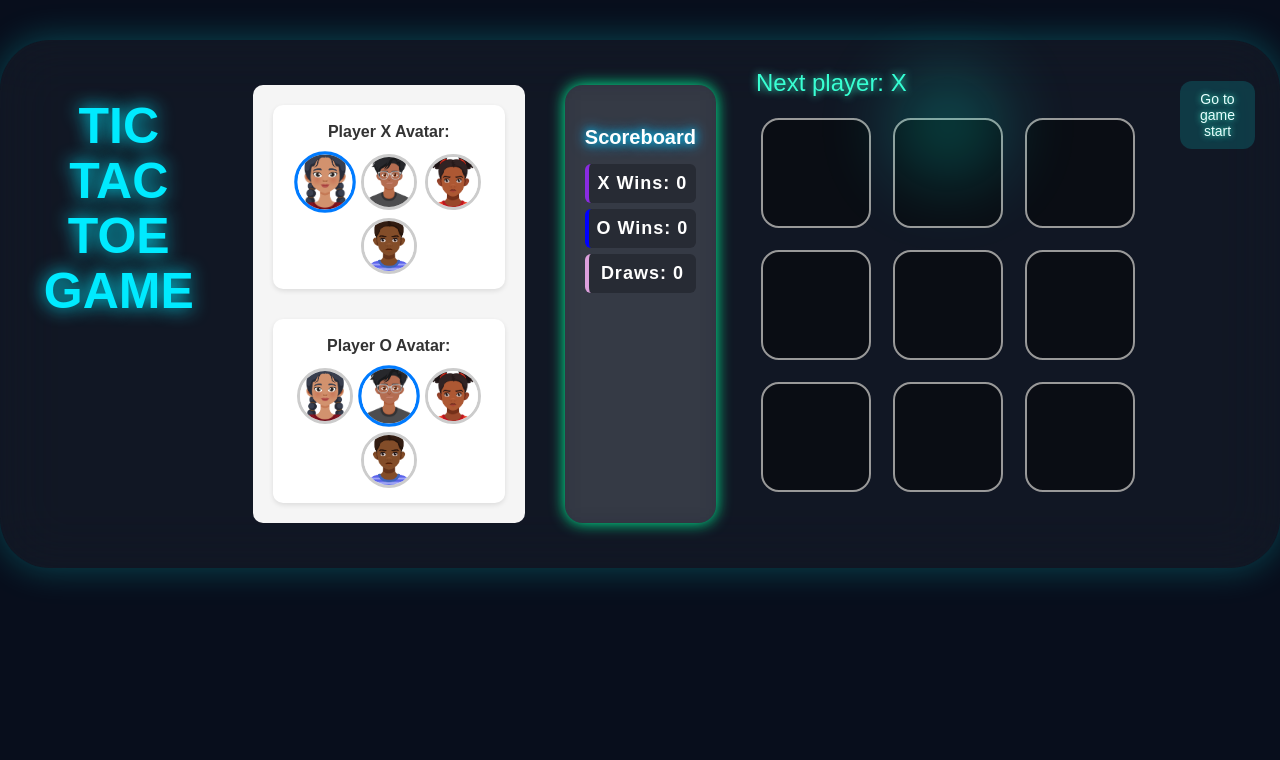
Repository: sofia123776/TIC-TAC-TOE
Page: /
The author's editor kept a copy of each file at every save. The page is drawn from the files as they stood at one save, then again after the next save.
The browser window is 1280 px wide. The pictures show the whole page.
The project was rebuilt for these pictures with package versions that can differ from the ones it lists, and the page was loaded fresh each time. Also part of the build but not shown: vite.config.js.

Above is the page before, as saved 2025-12-01 11:07:47.

### src/index.css
:root {
  font-family: system-ui, Avenir, Helvetica, Arial, sans-serif;
  line-height: 1.5;
  font-weight: 400;

  color-scheme: light dark;
  color: rgba(255, 255, 255, 0.87);
  background-color: whitesmoke;

  font-synthesis: none;
  text-rendering: optimizeLegibility;
  -webkit-font-smoothing: antialiased;
  -moz-osx-font-smoothing: grayscale;
}

a {
  font-weight: 500;
  color: #646cff;
  text-decoration: inherit;
}
a:hover {
  color: #535bf2;
}

body {
  margin: 0;
  display: flex;
  place-items: center;
  min-width: 320px;
  min-height: 100vh;
}

h1 {
  font-size: 3.2em;
  line-height: 1.1;
}

button {
  border-radius: 1px;
  border:8px  solid transparent;
  padding: 0.6em 1.2em;
  font-size: 1em;
  font-weight: 500;
  font-family: inherit;
  background-color: #1a1a1a;
  cursor: pointer;
  transition: border-color 0.25s;
}
button:hover {
  border-color: #646cff;
}
button:focus,
button:focus-visible {
  outline: 4px auto -webkit-focus-ring-color;
}

@media (prefers-color-scheme: light) {
  :root {
    color: #213547;
    background-color: #ffffff;
  }
  a:hover {
    color: #747bff;
  }
  button {
    background-color: #f9f9f9;
  }
}

### src/App.jsx
import { useState } from 'react'
import reactLogo from './assets/react.svg'
import viteLogo from '/vite.svg'
import './App.css'

function Square({value, onSquareClick, highlight, avatars}){



  return(
   <button
      className={`square ${highlight ? "highlight" : ""}`}
      onClick={onSquareClick}
    >
      {value && (
        <img
          src={avatars[value]}
          alt={value}
          className="avatar-img"
        />
      )}
    </button>
  );

}

function Board({xIsNext, squares, onPlay, avatars}) {



  function Handleclick(i){

    if ( Calculatewinner(squares) || squares[i]) {
    return;

  }
    ClickSound.play();
    const nextSquares = squares.slice()
    if (xIsNext){
    nextSquares[i] = "X"
    }else{
      nextSquares[i] = "O"
    }
    onPlay(nextSquares);
  }
    const winner = Calculatewinner(squares);
    const winningLine = Calculatewinner(squares, true);
    const ClickSound = new Audio("/sounds/click.mp3.wav");
    const WinSound = new Audio("/sounds/win.mp3.wav");



  let status;
  if (winner) {
    status = "Winner: " + winner;
    WinSound.play();
  } else {
    status = "Next player: " + (xIsNext ? "X" : "O");
  }

  return (
    <>

    <div className={`status ${winner ? "winner" : ""}`}>{status}</div>
  <div className='board-row'>
  <Square value = {squares[0]} onSquareClick={() =>Handleclick(0)} highlight={winningLine?.includes(0)} avatars={avatars}/>
  <Square value = {squares[1]} onSquareClick={() =>Handleclick(1)} highlight={winningLine?.includes(1)} avatars={avatars}/>
  <Square value = {squares[2]} onSquareClick={() =>Handleclick(2)} highlight={winningLine?.includes(2)} avatars={avatars}/>

  </div>

  <div className='board-row'>
  <Square value = {squares[3]} onSquareClick={() =>Handleclick(3)} highlight={winningLine?.includes(3)} avatars={avatars}/>
  <Square value = {squares[4]} onSquareClick={() =>Handleclick(4)} highlight={winningLine?.includes(4)} avatars={avatars}/>
  <Square value = {squares[5]} onSquareClick={() =>Handleclick(5)} highlight={winningLine?.includes(5)} avatars={avatars}/>

  </div>
  <div className='board-row'>
  <Square value = {squares[6]} onSquareClick={() =>Handleclick(6)} highlight={winningLine?.includes(6)} avatars={avatars}/>
  <Square value = {squares[7]} onSquareClick={() =>Handleclick(7)} highlight={winningLine?.includes(7)} avatars={avatars}/>
  <Square value = {squares[8]} onSquareClick={() =>Handleclick(8)} highlight={winningLine?.includes(8)} avatars={avatars}/>

  </div>

  </>
  );
}

export default function Game() {
  const [history, setHistory] = useState([Array(9).fill(null)]);
  const [currentMove, setCurrentMove] = useState(0);

  const xIsNext = currentMove % 2 === 0;
  const currentSquares = history[currentMove];

  // 🟦 Scoreboard State (X wins, O wins, Draws)
  const [score, setScore] = useState({
    X: 0,
    O: 0,
    Draws: 0
  });
  const [winnerPopup, setWinnerPopup] = useState(null);
  const [avatars, setAvatars] = useState({
  X: "/avatars/braidedwoman.jpg",
  O: "/avatars/manwithglasses.jpg"
});


  function handlePlay(nextSquares) {
    // If game already ended, stop moves
    if (Calculatewinner(currentSquares)) {
      return;
    }

    const nextHistory = [
      ...history.slice(0, currentMove + 1),
      nextSquares,
    ];

    setHistory(nextHistory);
    setCurrentMove(nextHistory.length - 1);

    // Check winner *after* move
    const winner = Calculatewinner(nextSquares);

    if (winner) {
      setWinnerPopup(winner);
      // Update score for winner (X or O)
      setScore(prev => ({
        ...prev,
        [winner]: prev[winner] + 1
      }));
    } else if (!nextSquares.includes(null)) {
      // Draw (no empty squares)
      setScore(prev => ({
        ...prev,
        Draws: prev.Draws + 1
      }));
    }
  }

  function jumpTo(nextMove) {
    setCurrentMove(nextMove);
  }

  // Time travel move list
  const moves = history.map((squares, move) => {
    let description = move > 0 ? "Go to move #" + move : "Go to game start";
    return (
      <li key={move}>
        <button onClick={() => jumpTo(move)}>{description}</button>
      </li>
    );
  });

  return (
    <div className="game">
      <h1>TIC TAC TOE GAME</h1>

    {/* 🟦 ADD AVATAR SELECTION */}
      <div className="avatar-selection">
        <AvatarSelector
          player="X"
          currentAvatar={avatars.X}
          onAvatarChange={(avatar) => setAvatars(prev => ({...prev, X: avatar}))}
        />
        <AvatarSelector
          player="O"
          currentAvatar={avatars.O}
          onAvatarChange={(avatar) => setAvatars(prev => ({...prev, O: avatar}))}
        />
      </div>

      {/* 🟦 Scoreboard */}
      <div className="scoreboard">
        <h2>Scoreboard</h2>
        <p>X Wins: {score.X}</p>
        <p>O Wins: {score.O}</p>
        <p>Draws: {score.Draws}</p>
      </div>


      <div className={`game-board ${Calculatewinner(currentSquares) ? "winner" : ""}`}>
        <Board
          xIsNext={xIsNext}
          squares={currentSquares}
          onPlay={handlePlay}
          avatars={avatars}
        />
      </div>

      <div className="game-info">
        <ol>{moves}</ol>
      </div>
      <GameOverPopup
  winner={winnerPopup}
  onRestart={() => {
    setHistory([Array(9).fill(null)]);
    setCurrentMove(0);
    setWinnerPopup(null);
  }}
/>

    </div>

  );

}

function GameOverPopup({ winner, onRestart }) {
  if (!winner) return null;

  return (
    <div className="game-over-overlay">
      <div className="game-over-box">
        <h2>{winner === "Draw" ? "It's a Draw!" : `${winner} Wins!`}</h2>
        <button onClick={onRestart}>Play Again</button>
      </div>
    </div>
  );
}





function Calculatewinner(squares, returnLine = false){
  const lines = [
  [0, 1, 2],
  [3, 4, 5],
  [6, 7, 8],
  [0, 3, 6],
  [1, 4, 7],
  [2, 5, 8],
  [0, 4, 8],
  [2, 4, 6],

  ];

  for (let line of lines) {
    const [a,b,c] = line;
    if (squares[a] && squares[a] === squares[b] && squares[a] === squares[c]) {
      return returnLine ? line : squares[a];
    }
  }
  return returnLine ? null : null;
}

function AvatarSelector({ player, currentAvatar, onAvatarChange }) {
  const presetAvatars = [
     "/avatars/braidedwoman.jpg",
    "/avatars/manwithglasses.jpg",
    "/avatars/child.jpg",
    "/avatars/youngdark.jpg"
  ];

  return (
    <div className="avatar-selector">
      <label>Player {player} Avatar:</label>
      <div className="avatar-options">
        {presetAvatars.map((avatar, index) => (
          <div
            key={index}
            className={`avatar-option ${currentAvatar === avatar ? 'selected' : ''}`}
            onClick={() => onAvatarChange(avatar)}
          >
            <img src={avatar} alt={`Avatar ${index + 1}`} />
          </div>
        ))}
      </div>
    </div>
  );
}

### src/App.css
/* Full background */
body {
  background: #080e1c;
  margin: 0;
  font-family: "Poppins", sans-serif;
  color: #e8faff;
  display: flex;
  justify-content: center;
  align-items: flex-start;
  padding-top: 40px;
}

/* Game Title */
h1 {
  text-align: center;
  font-size: 50px;
  font-weight: 700;
  margin-bottom: 25px;
  text-shadow: 0 0 18px #00eaff;
  color: #00eaff;
}

/* Outer game container */
.game {
  display: flex;
  gap: 40px;
  padding: 25px;
  border-radius: 50px;
  background: rgba(255,255,255,0.04);
  box-shadow: 0 0 35px rgba(0, 255, 255, 0.25);
  backdrop-filter: blur(30px);
}

/* Board container */
.game-board {
  display: flex;
  flex-direction: column;
}

/* Status text */
.status {
  font-size: 22px;
  margin-bottom: 12px;
  color: #39ffd3;
  text-shadow: 0 0 8px #39ffd3;
}

/* Board row layout */
.board-row {
  display: flex;
  gap: 12px;
  margin-bottom: 12px;
}

/* Square button */
.square {
  width: 110px !important;
  height: 110px !important;
  margin: 5px;
  font-size: 42px !important;
  font-weight: bold;
  color: #00eaff;
  background-color: rgba(0, 0, 0, 0.45);
  border: 5px solid rgba(0, 255, 255, 0.2);
  border-radius: 18px;
  display: flex;
  align-items: center;
  justify-content: center;
  cursor: pointer;
  transition: 0.25s ease-in-out, transform 0.15s;
  text-shadow: 0 0 12px #00eaff;
}

.square:hover {
  transform: scale(1.07);
  background: rgba(0, 255, 255, 0.15);
  box-shadow: 0 0 18px #00eaff;
}

/* X and O color override */
.square:contains("X"), .square.X {
  color: #ff3c89;
  text-shadow: 0 0 12px #ff3c89;
}


.square:contains("O"), .square.O {
  color: #3cfffb;
  text-shadow: 0 0 12px #3cfffb;
}

/* Moves list */
.game-info ol {
  list-style: none;
  padding: 0;
}

.game-info button {
  padding: 10px 20px;
  border-radius: 12px;
  margin-bottom: 10px;
  border: none;
  cursor: pointer;
  background: rgba(0, 255, 255, 0.15);
  color: #e8ffff;
  font-size: 14px;
  text-shadow: 0 0 6px #39ffd3;
  transition: 0.2s ease;
}

.game-info button:hover {
  background: #39ffd3;
  color: #001010;
  box-shadow: 0 0 18px #39ffd3;
  transform: scale(1.05);
}

.highlight {
  animation: winPulse 1s infinite ease-in-out;
  background: rgba(0, 255, 150, 0.25) !important;
  box-shadow: 0 0 25px #00ffb3;
  border: 2px solid #00ff9d !important;
}

@keyframes winPulse {
  0% {
    transform: scale(1);
    box-shadow: 0 0 12px #00ffb3;
  }
  50% {
    transform: scale(1.12);
    box-shadow: 0 0 12px #00ffb3;
  }
  100% {
    transform: scale(1);
    box-shadow: 0 0 12px #00ffb3;
  }
}

.status {
  position: relative;
  z-index: 2;
  font-size: 1.5rem;

}

.status.winner {
  animation: glowWinner 1.5s infinite ease-in-out;
  color: #00ffea;
  text-shadow: 0 0 22px #00ffea;

}

@keyframes glowWinner {
  0% { text-shadow: 0 0 10px #00ffe0; }
  50% { text-shadow: 0 0 30px #00ffe0; }
  100% { text-shadow: 0 0 10px #00ffe0; }
}

/* firework particles */
.status::after {
  content: "";
  position: absolute;
  top: -20px;
  left: 50%;
  transform: translateX(-50%);
  width: 160px;
  height: 160px;
  background: radial-gradient(circle, #00ffe0 0%, transparent 60%);
  opacity: 0.3;
  filter: blur(30px);
  animation: fireworks 1.5s infinite ease-in-out;
}

@keyframes fireworks {
  0% {
    transform: translateX(-50%) scale(0.7);
    opacity: 0.1;
  }
  50% {
    transform: translateX(-50%) scale(1.3);
    opacity: 0.4;
  }
  100% {
    transform: translateX(-50%) scale(0.7);
    opacity: 0.1;
  }
}

.game-board.winner {
  border: 3px solid rgba(0,255,200,0.6);
  box-shadow: 0 0 35px rgba(0,255,200,0.8);
  padding: 12px;
  border-radius: 14px;
  animation: boardGlow 1.6s infinite ease-in-out;
}

@keyframes boardGlow {
  0% { box-shadow: 0 0 10px #00ffd5; }
  50% { box-shadow: 0 0 30px #00ffd5; }
  100% { box-shadow: 0 0 10px #00ffd5; }
}

/* Scoreboard Container */
.scoreboard {
  background: rgba(255, 255, 255, 0.12);
  backdrop-filter: blur(10px);
  padding: 20px;
  border-radius: 18px;
  width: 220px;
  margin: 20px auto;
  text-align: center;
  box-shadow: 0 0 15px rgb(0, 252, 155);
  transition: 0.3s ease;
}

/* Hover glow */
.scoreboard:hover {
  transform: scale(1.03);
  box-shadow: 0 0 25px rgba(255, 255, 255, 0.25);
}

/* Scoreboard Title */
.scoreboard h2 {
  margin-bottom: 12px;
  font-size: 20px;
  color: #ffffff;
  text-shadow: 0 0 8px #00d0ff, 0 0 15px #00aaff;
}

/* Score lines */
.scoreboard p {
  font-size: 18px;
  margin: 6px 0;
  padding: 6px 0;
  border-radius: 6px;
  background: rgba(0, 0, 0, 0.25);
  color: #fff;
  font-weight: bold;
  letter-spacing: 1px;
}

/* Colors for X, O, Draws */
.scoreboard p:nth-child(2) {
  border-left: 4px solid blueviolet;   /* X color */
}

.scoreboard p:nth-child(3) {
  border-left: 4px solid blue;   /* O color */
}

.scoreboard p:nth-child(4) {
  border-left: 4px solid plum;   /* Draws color */
}

.game-over-overlay {
  position: fixed;
  top: 0;
  left: 0;
  right: 0;
  bottom: 0;
  background: rgba(0,0,0,0.6);
  display: flex;
  align-items: center;
  justify-content: center;
  animation: fadeIn 0.3s ease;
  z-index: 1000;
}

.game-over-box {
  background: black;
  padding: 30px;
  border-radius: 20px;
  text-align: center;
  width: 280px;
  animation: pop 0.3s ease;
  box-shadow: 0 0 20px rgba(255,255,255,0.7);
}

.game-over-box h2 {
  margin-bottom: 15px;
  font-size: 24px;
  background-color: white;
  color: black;

}

.game-over-box button {
  background: grey;
  color: white;
  padding: 12px 20px;
  border: none;
  border-radius: 12px;
  cursor: pointer;
  font-size: 16px;
  transition: 0.2s;
}

.game-over-box button:hover {
  transform: scale(1.05);
  background: darkgray;
}

@keyframes pop {
  0% { transform: scale(0.7); opacity: 0; }
  100% { transform: scale(1); opacity: 1; }
}

/* Avatar Styles */
.avatar-selection {
  display: flex;
  gap: 30px;
  justify-content: center;
  margin: 20px 0;
  padding: 20px;
  background: #f5f5f5;
  border-radius: 10px;
  flex-wrap: wrap;
}

.avatar-selector {
  text-align: center;
  padding: 15px;
  background: white;
  border-radius: 10px;
  box-shadow: 0 2px 5px rgba(0,0,0,0.1);
}

.avatar-selector label {
  display: block;
  margin-bottom: 10px;
  font-weight: bold;
  color: #333;
}

.avatar-options {
  display: flex;
  gap: 8px;
  margin-top: 10px;
  flex-wrap: wrap;
  justify-content: center;
}

.avatar-option {
  width: 50px;
  height: 50px;
  border: 3px solid #ccc;
  border-radius: 50%;
  cursor: pointer;
  transition: all 0.2s;
  overflow: hidden;
}

.avatar-option:hover {
  transform: scale(1.05);
}

.avatar-option.selected {
  border-color: #007bff;
  transform: scale(1.1);
}

.avatar-option img {
  width: 100%;
  height: 100%;
  object-fit: cover;
}

.avatar-img {
  width: 40px;
  height: 40px;
  border-radius: 50%;
  object-fit: cover;
}

.square {
  width: 60px;
  height: 60px;
  display: flex;
  align-items: center;
  justify-content: center;
  border: 2px solid #999;
}

Loaded but not shown: index.html (common file); src/main.jsx (common file)

After the next save:
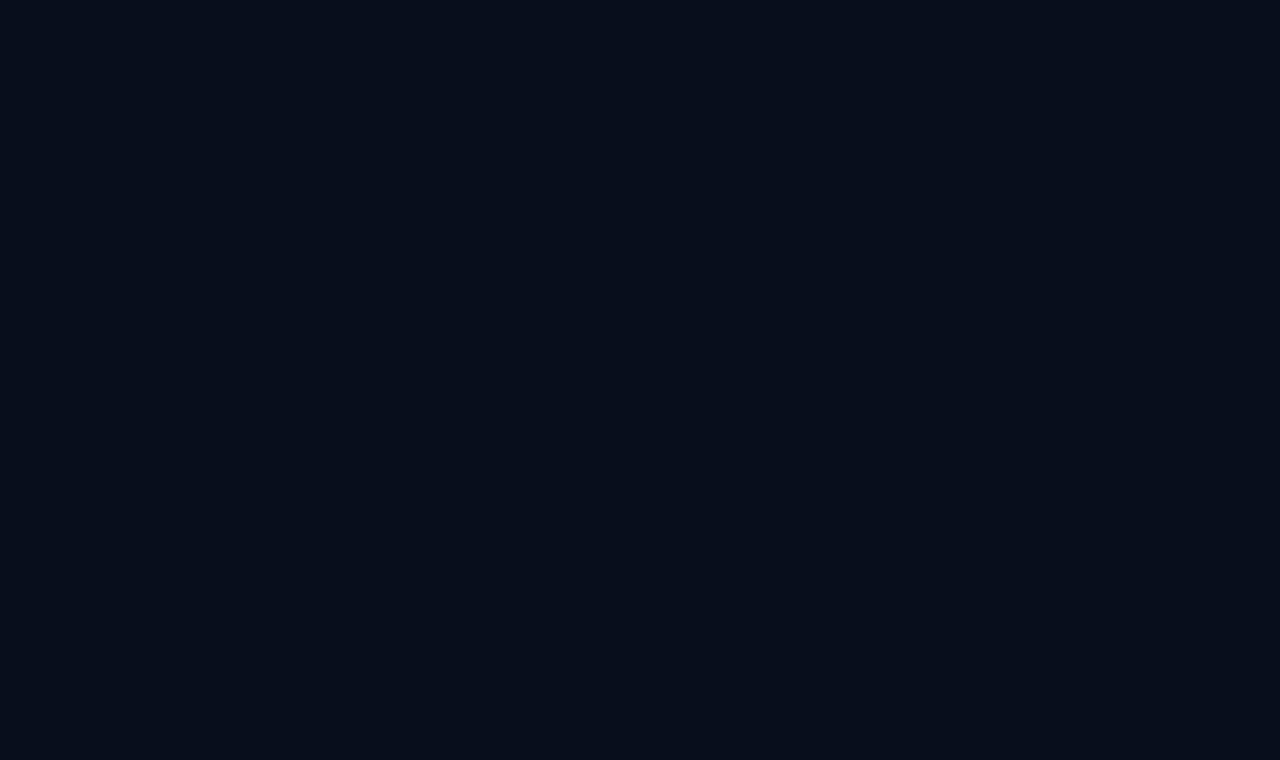
Console error: ReferenceError: useEffect is not defined
Saved 3 min 55 s later.
--- a/src/App.jsx
+++ b/src/App.jsx
@@ -87,6 +87,35 @@
 }
 
 export default function Game() {
+  const [timeLeft, setTimeLeft] = useState(30); // 30 seconds per move
+const [timerActive, setTimerActive] = useState(true);
+
+useEffect(() => {
+  if (!timerActive || Calculatewinner(currentSquares)) return;
+
+  const timer = setInterval(() => {
+    setTimeLeft(prev => {
+      if (prev <= 1) {
+        clearInterval(timer);
+        // Auto-pass turn if time runs out
+        const emptySquares = currentSquares
+          .map((square, index) => square === null ? index : null)
+          .filter(val => val !== null);
+
+        if (emptySquares.length > 0) {
+          const randomMove = emptySquares[Math.floor(Math.random() * emptySquares.length)];
+          const nextSquares = [...currentSquares];
+          nextSquares[randomMove] = xIsNext ? "X" : "O";
+          handlePlay(nextSquares);
+        }
+        return 30;
+      }
+      return prev - 1;
+    });
+  }, 1000);
+
+  return () => clearInterval(timer);
+}, [timerActive, currentSquares, xIsNext]);
   const [history, setHistory] = useState([Array(9).fill(null)]);
   const [currentMove, setCurrentMove] = useState(0);
 

After the 4 saves that followed:
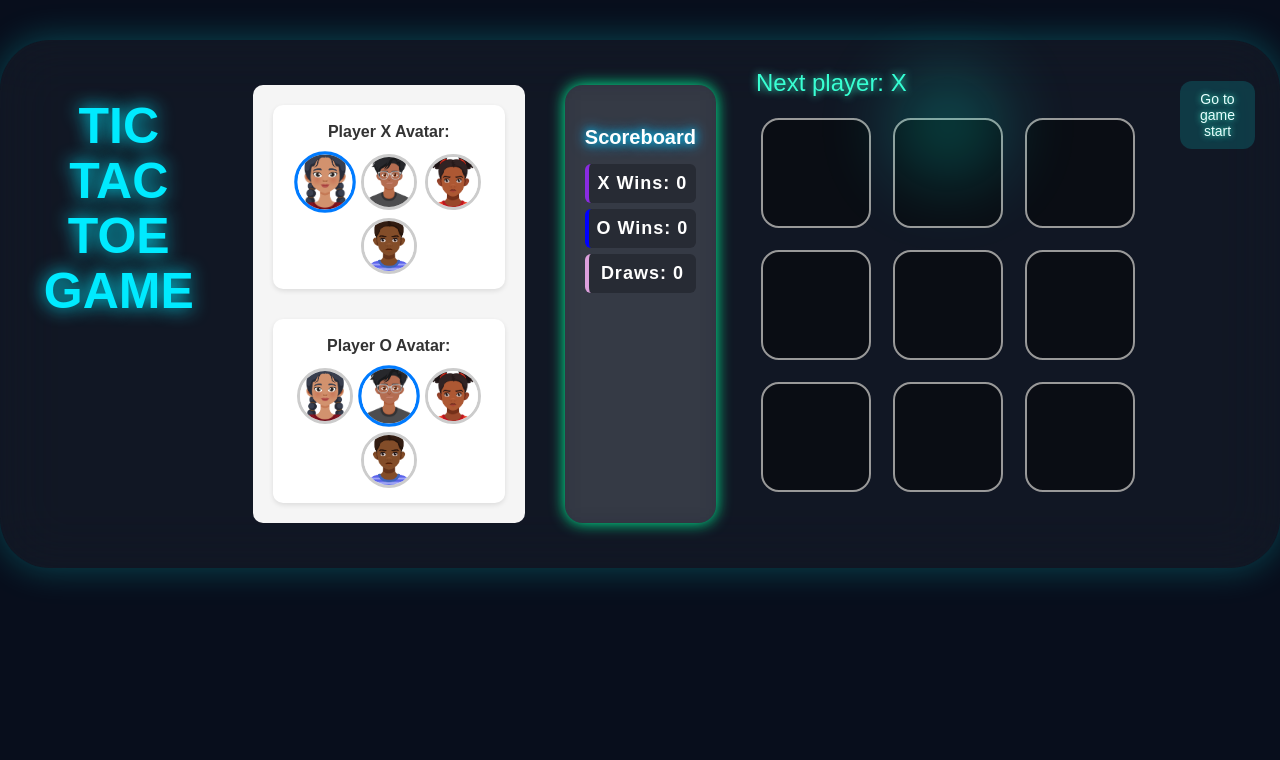
The error is gone.
The 4 saves are shown as one change because 1 did not build or start and 2 left the picture as it was.
The last was saved 10 min 45 s later.
--- a/src/App.jsx
+++ b/src/App.jsx
@@ -86,36 +86,7 @@
   );
 }
 
-export default function Game() {
-  const [timeLeft, setTimeLeft] = useState(30); // 30 seconds per move
-const [timerActive, setTimerActive] = useState(true);
-
-useEffect(() => {
-  if (!timerActive || Calculatewinner(currentSquares)) return;
-
-  const timer = setInterval(() => {
-    setTimeLeft(prev => {
-      if (prev <= 1) {
-        clearInterval(timer);
-        // Auto-pass turn if time runs out
-        const emptySquares = currentSquares
-          .map((square, index) => square === null ? index : null)
-          .filter(val => val !== null);
-
-        if (emptySquares.length > 0) {
-          const randomMove = emptySquares[Math.floor(Math.random() * emptySquares.length)];
-          const nextSquares = [...currentSquares];
-          nextSquares[randomMove] = xIsNext ? "X" : "O";
-          handlePlay(nextSquares);
-        }
-        return 30;
-      }
-      return prev - 1;
-    });
-  }, 1000);
-
-  return () => clearInterval(timer);
-}, [timerActive, currentSquares, xIsNext]);
+export default function Game(){
   const [history, setHistory] = useState([Array(9).fill(null)]);
   const [currentMove, setCurrentMove] = useState(0);
 
@@ -184,6 +155,7 @@
 
   return (
     <div className="game">
+
       <h1>TIC TAC TOE GAME</h1>
 
     {/* 🟦 ADD AVATAR SELECTION */}
